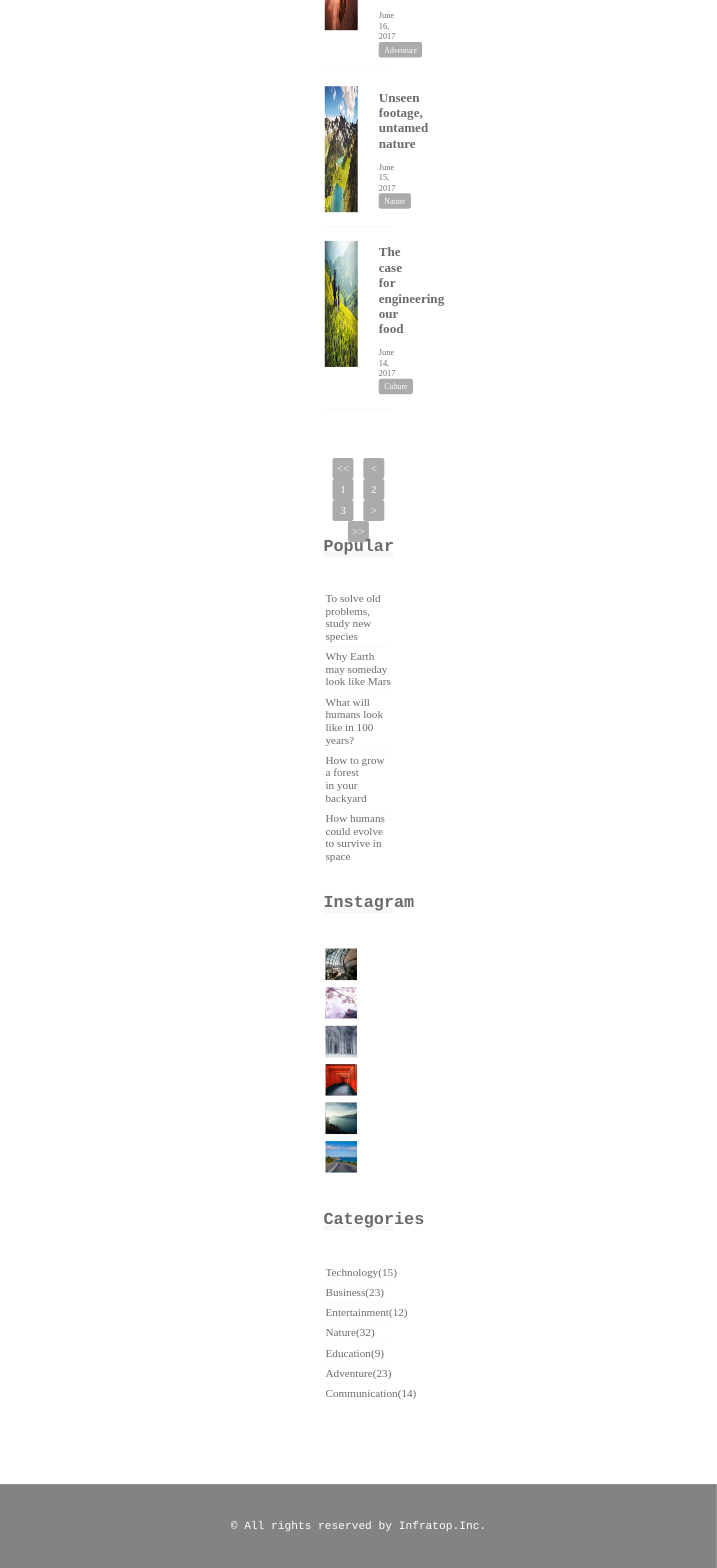
Repository: pureforest/html
Page: caravan/index.html
The author's editor kept a record of every edit. The page is drawn from the files as they stood at one moment, then again after the next edit.
The browser window is 1024 px wide. The pictures show the part of the page from y = 1373 to 3613 px (the page is 3613 px tall before and 3447 px after), at 70% of full size.
Some web libraries are served in a nearby version.

Above is the page before.

### caravan/index.html
<!DOCTYPE html>
<html lang="ja">
  <head>
    <meta charset="UTF-8" />
    <meta name="viewport" content="width=device-width,initial-scale=1.0">
    <script src="https://kit.fontawesome.com/bb9908bf54.js" crossorigin="anonymous"></script>
    <link rel="stylesheet" href="style.css" />
    <title>CARAVAN</title>
  </head>

  <body>
    <header>
      <h1 class="heading">
        <a href="index.html">
          CARAVAN
        </a>
      </h1>

      <div class="social">
        <i class="fab fa-facebook-square"></i>
        <i class="fab fa-twitter-square"></i>
        <i class="fab fa-instagram"></i>
      </div>
    </header>

    <!-- navigation -->
    <nav>
      <ul class="nav-list">
        <li class="nav-list-item">
          <a href="index.html">Home</a>
        </li>
        <li class="nav-list-item">About</li>
        <li class="nav-list-item">Topic</li>
      </ul>
    </nav>

    <!-- main-visual用のdiv -->
    <div class="main-visual">
      <div class="main-visual-content">
        <p class="main-visual-text">
          The world is a book<br>
          and those who do not travel<br>
          read only one page.
        </p>
        <p class="main-visual-name">
          St. Augustine
        </p>
      </div>
    </div>

    <!-- main用のdiv -->
    <main>
      <section class="blog">
        <h2 class="blog-heading">Recent Blogs</h2>
        <div class="blog-box">
          <div class="blog-item">
            <img class="blog-image" src="img/forest.jpg" />
            <section class="blog-text">
              <h3 class="blog-text-heading">
                <a href="single.html">
                  Hopeful lessons from<br>
                  the battle to save<br>
                  rainforests
                </a>
              </h3>
              <p class="blog-date">June 19, 2017</p>
              <span class="category">Nature</span>
            </section>
          </div>
          <div class="blog-item">
            <img class="blog-image" src="img/desert.jpg" />
            <section class="blog-text">
              <h3 class="blog-text-heading">
                <a href="single.html">
                  How to fight<br>
                  desertification and<br>
                  reverse climate change
                </a>
              </h3>
              <p class="blog-date">June 17, 2017</p>
              <span class="category">Nature</span>
            </section>
          </div>
          <div class="blog-item">
            <img class="blog-image" src="img/sunset.jpg" />
            <section class="blog-text">
              <h3 class="blog-text-heading">
                <a href="single.html">
                  Why I'm rowing<br>
                  across the Pacific
                </a>
              </h3>
              <p class="blog-date">June 16, 2017</p>
              <span class="category">Adventure</span>
            </section>
          </div>
          <div class="blog-item">
            <img class="blog-image" src="img/italy.jpg" />
            <section class="blog-text">
              <h3 class="blog-text-heading">
                <a href="single.html">
                  Unseen footage,<br>
                  untamed nature
                </a>
              </h3>
              <p class="blog-date">June 15, 2017</p>
              <span class="category">Nature</span>
            </section>
          </div>
          <div class="blog-item">
            <img class="blog-image" src="img/asia.jpg" />
            <section class="blog-text">
              <h3 class="blog-text-heading">
                <a href="single.html">
                  The case for<br>
                  engineering our food
                </a>
              </h3>
              <p class="blog-date">June 14, 2017</p>
              <span class="category">Culture</span>
            </section>
          </div>
        </div>
        <div class="pagination">
         <p><<</p>
         <p><</P>
         <p>1</p>
         <p>2</p>
         <p>3</p>
         <p>></p>
         <p>>></p>
        </div>
      </section>


      <div class="sidebar">
       <section class="popular">
        <h2 class="popular-heading common-heading">Popular</h2>
        <div class="sidebar-contents">
          <p class="popular-text">To solve old problems,<br>study new species</p>
          <p class="popular-text">Why Earth may someday<br>look like Mars</p>
          <p class="popular-text">What will humans look<br>like in 100 years?</p>
          <p class="popular-text">How to grow a forest<br>in your backyard</p>
          <p class="popular-text">How humans could evolve<br>to survive in space</p>
        </div>
       </section>

       <section class="instagram">
        <h2 class="instagram-heading common-heading">Instagram</h2>
          <div class="sidebar-contents">
            <div class="instagram-box"></div>
            <div class="instagram-box"></div>
            <div class="instagram-box"></div>
            <div class="instagram-box"></div>
            <div class="instagram-box"></div>
            <div class="instagram-box"></div>
          </div>
       </section>

       <section class="categories">
          <h2 class="categories-heading common-heading">Categories</h2>
          <div class="sidebar-contents">
            <p class="categories-text">Technology(15)</p>
            <p class="categories-text">Business(23)</p>
            <p class="categories-text">Entertainment(12)</p>
            <p class="categories-text">Nature(32)</p>
            <p class="categories-text">Education(9)</p>
            <p class="categories-text">Adventure(23)</p>
            <p class="categories-text">Communication(14)</p>
          </div>
        </section>
      </div>
    </main>

    <!-- footer -->
    <footer>
      <p class="footer-text">© All rights reserved by Infratop.Inc.</p>
    </footer>
  </body>
</html>

### caravan/style.css
* {
  margin: 0;
  padding: 0;
  box-sizing: border-box;
  color: #6c6b6b;
}

a{
  text-decoration: none;
}

header,nav,h2,.main-visual,footer{
  font-family: Chalkduster, "Bradley Hand", Courier, "Segoe Print", sans-serif;
}

header {
  width: 90%;
  padding: 15px 0;
  margin: 0 auto;
  text-align: center;
  position: relative;
}

.social i{
  display: inline-block;
  margin-left: 20px;
}

.social {
  position: absolute;
  top: 22px;
  right: 22px;
}

header .heading {
  font-size: 32px;
}

.nav-list {
  text-align: center;
  padding: 10px 0;
  margin: 0 auto;
}

.nav-list-item {
  list-style: none;
  display: inline-block;
  margin: 0 20px;
}

.main-visual {
  width: 100%; /* 横幅いっぱい */
  height: 300px; /* 高さ300px */
  background-image: url(img/mv.jpg);
  background-size: cover; /* 縦横比を維持したまま背景領域を埋め尽くす */
  background-position: center; /* 背景画像を中央に配置 */
}

.main-visual-content {
  width: 40%; /* 横幅40% */
  height: 300px; /* 親の高さに揃える */
  background-color: rgba(0, 0, 0, 0.5); /* 背景色を半透明の黒にする */
  text-align: center; /* 文字を中央揃えにする */
  padding-top: 105px; /* 上側の内側余白で垂直方向の位置を調整 */
}

.main-visual-text {
  color: #fff;
}

.main-visual-name {
  margin-top: 30px;
  color: #fff;
}

main {
  width: 800px;
  display: flex;
  justify-content: center;
  margin: 0 auto;
  padding: 70px 0;
}

.blog {
  width: 540px;
  margin-right: 30px;
}

.blog-heading {
  border-bottom: 8px solid #f7f7f7;
  text-align: center;
  line-height: 0.6;
}

.blog-box{
  padding-top: 50px
}

.blog-item {
  padding-bottom: 20px;
  margin-bottom: 20px;
  border-bottom: 1px solid #f7f7f7;
  display: flex;
  justify-content: flex-start;}

.blog-image {
  height: 180px;
}

.blog-text {
  padding: 25px 0 0 30px;
}

.blog-text-heading{
  padding-bottom: 15px;
}
.blog-date {
  font-size: 12px;
  display: inline-block;
}
.category {
  display: inline-block;
  padding: 5px 8px;
  background-color: #acabab;
  border-radius: 3px;
  color: #fff;
  font-size: 11px;
}

.pagination{
  text-align: center;
  padding-top: 50px;
}

.pagination p{
  display: inline-block;
  width: 30px;
  height: 30px;
  margin: 0 5px;
  color: #fff;
  background-color: #acabab;
  border-radius: 3px;
  line-height: 30px;
}
.sidebar {
  width: 230px;
}

.common-heading {
  border-bottom: 8px solid #f7f7f7;
  text-align: center;
  line-height: 0.6;
}

.sidebar-contents {
  padding: 50px 0;
}

.popular-text,
.categories-text {
  padding-bottom: 5px;
  border-bottom: 1px solid #f7f7f7;
  margin-bottom: 5px;
}

.popular-text:last-child,
.categories-text:last-child {
  margin: 0;
  padding: 0;
  border: none;
}

.instagram .sidebar-contents {
  display: flex;
  flex-wrap: wrap;
}

.instagram-box {
  width: 110px;
  padding-top: 110px;
  background-size: cover;
  background-position: center;
  margin-bottom: 10px;
}

.instagram-box:nth-child(odd) {
  margin: 0 10px 10px 0;
}

.instagram-box:nth-child(1) {
  background-image: url(img/airport.jpg);
}

.instagram-box:nth-child(2) {
  background-image: url(img/japan.jpg);
}

.instagram-box:nth-child(3) {
  background-image: url(img/snow.jpg);
}

.instagram-box:nth-child(4) {
  background-image: url(img/japan2.jpg);
}

.instagram-box:nth-child(5) {
  background-image: url(img/lake.jpg);
}

.instagram-box:nth-child(6) {
  background-image: url(img/road.jpg);
}

footer {
  width: 100%;
  height: 120px;
  text-align: center;
  line-height: 120px;
  background-color: #848282;
}

.footer-text {
  color: #fff;
}

@media screen and (max-width: 1024px) {
  header {
  width: 100%;
}

.social {
  display: none;
}

.nav-list {
  width: 100%
}

.nav-list-item {
  width: 100%;
  margin: 0 0 10px 0;
}

.main-visual-content {
  width: 100%;
}

main {
  width: 100px;
  display: block;
}

.blog {
  width: 100%;
  margin: 0;
}

.blog-box{
  padding-left: 2%;
    padding-right: 2%;
}

.blog-image {
  width:49%;
}

.blog-text {
  width: 49%;
  padding-top: 5px
}

.sidebar {
  width: 100%;
}

.sidebar-contents {
  padding-left: 3%;
  padding-right: 3%;
}

.instagram-box {
  width: 48%;
  padding-top: 48%;
}

.instagram-box:nth-child(odd) {
  margin: 0 10px 10px 0;
}

.instagram-box:nth-child(1) {
  background-image: url(img/airport.jpg);
}

.instagram-box:nth-child(2) {
  background-image: url(img/japan.jpg);
}

.instagram-box:nth-child(3) {
  background-image: url(img/snow.jpg);
}

.instagram-box:nth-child(4) {
  background-image: url(img/japan2.jpg);
}

.instagram-box:nth-child(5) {
  background-image: url(img/lake.jpg);
}

.instagram-box:nth-child(6) {
  background-image: url(img/road.jpg);
}

footer {
  width: 100%;
  height: 120px;
  text-align: center;
  line-height: 120px;
  background-color: #848282;
}

After the next edit:
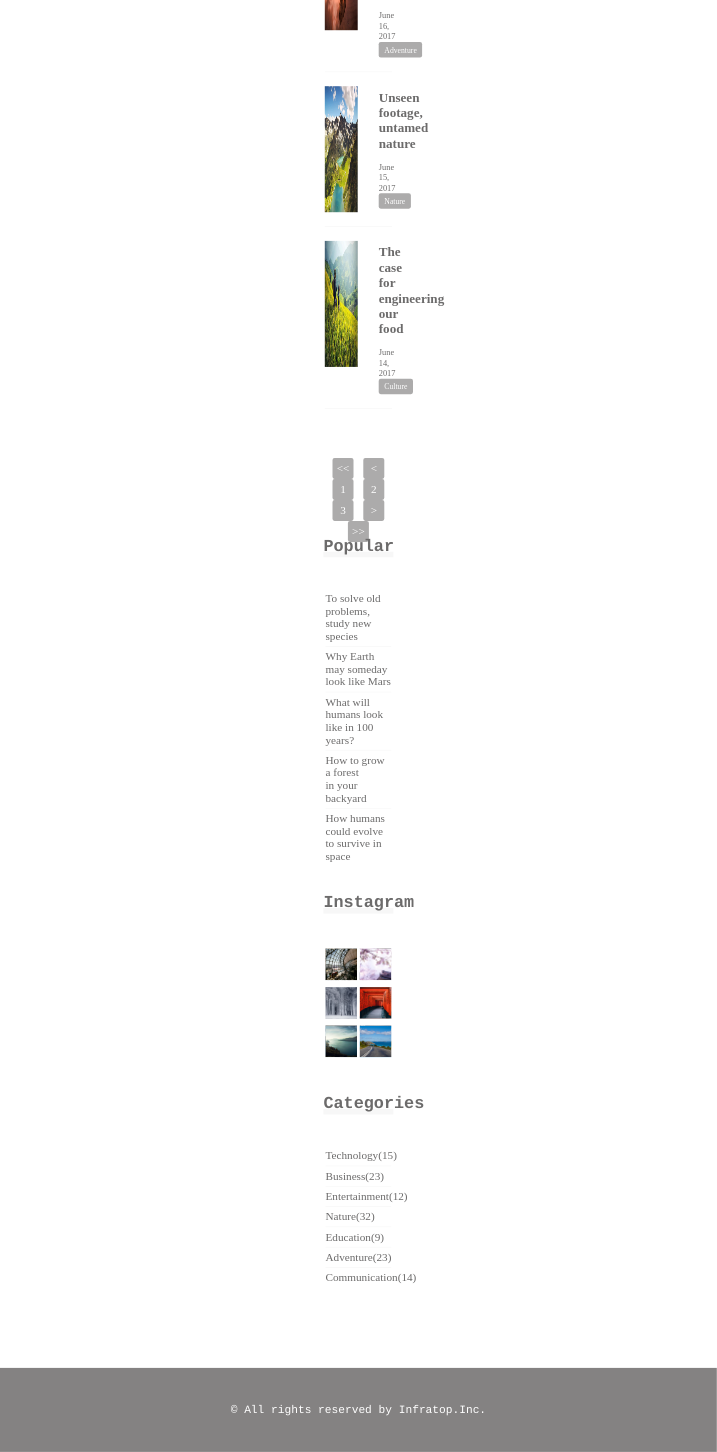
The edit:
--- a/caravan/style.css
+++ b/caravan/style.css
@@ -284,7 +284,7 @@
 }
 
 .instagram-box:nth-child(odd) {
-  margin: 0 10px 10px 0;
+  margin-right: 4%;
 }
 
 .instagram-box:nth-child(1) {
